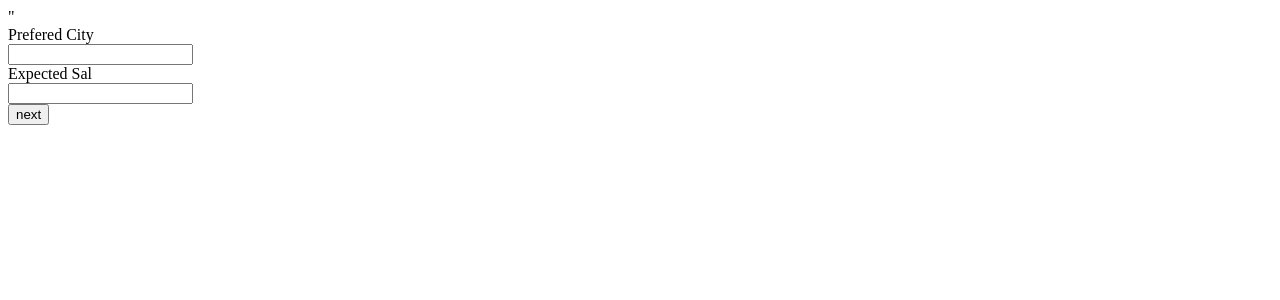
Repository: mnarendra333/batch21_WE
Page: HttpSessionWithCookies/WebContent/form2.html
These files come from the project's save history. The page is drawn as it stood at one moment and after the next save; the edit follows.
The browser window is 1280 px wide. The pictures show the whole page.

Above is the page before, as saved 2019-02-17 07:39:21.

### HttpSessionWithCookies/WebContent/form2.html
<form action="+response.encodeUrl+">"



	<div>

			<div>
				<span>Prefered City</span>
				<div><input type="text" name="city"></div>
			</div>
			<div>
				<span>Expected Sal</span>
				<div><input type="number" name="sal"></div>
			</div>
			<div>
				<div><input type="submit" value="next"></div>
			</div>

	</div>

</form>

After the next save:
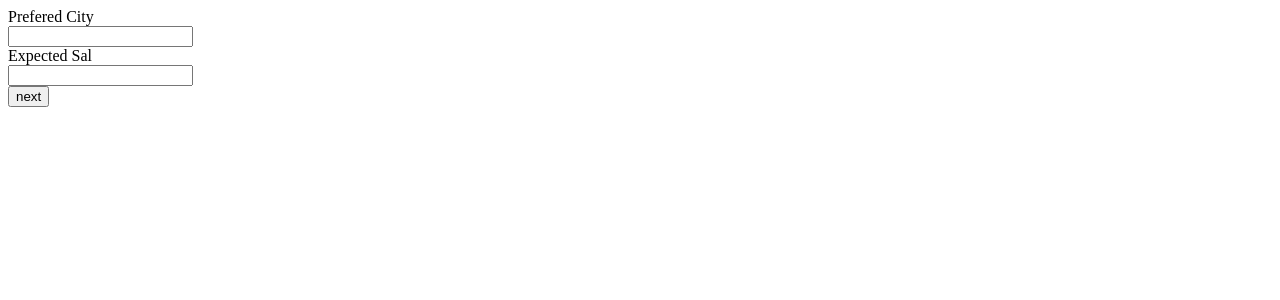
Saved 34 s later.
--- a/HttpSessionWithCookies/WebContent/form2.html
+++ b/HttpSessionWithCookies/WebContent/form2.html
@@ -1,4 +1,4 @@
-<form action="+response.encodeUrl+">"
+<form action="+response.encodeUrl("tsrv")+">
 
 
 
